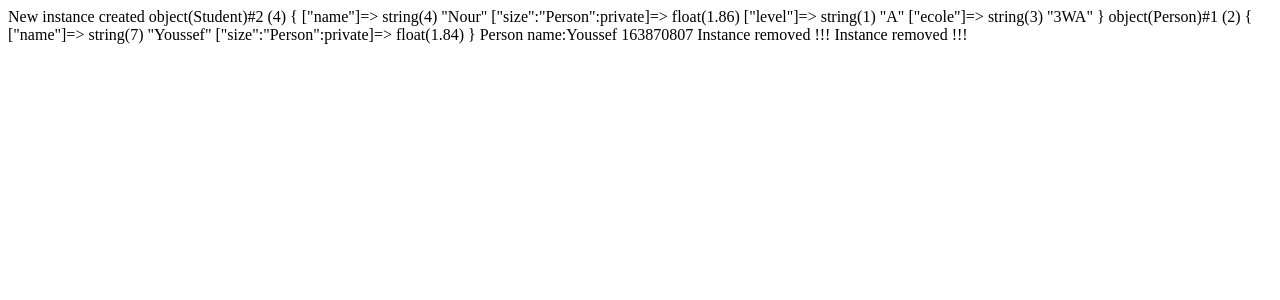
Repository: FS-23/php-getstarted
Page: http://localhost/oop/index.php
An editor plug-in stored every save of this project. The page is shown before and after the next save, followed by the edit.
The browser window is 1280 px wide. The pictures show the whole page.
The page is run by PHP 8.4 with error messages shown; the project is at /var/www/html/.

Above is the page before, as saved 2022-05-31 11:26:50.

After the next save:
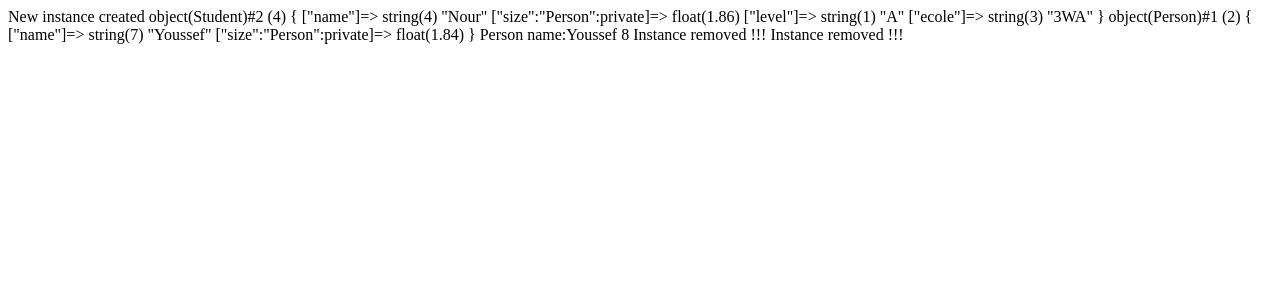
Saved 12 s later.
--- a/demoAPP/oop/index.php
+++ b/demoAPP/oop/index.php
@@ -59,4 +59,4 @@
 
   echo "Person name:".$person1->name."\n";
 
-  echo rand();
+  echo rand(5,10);
